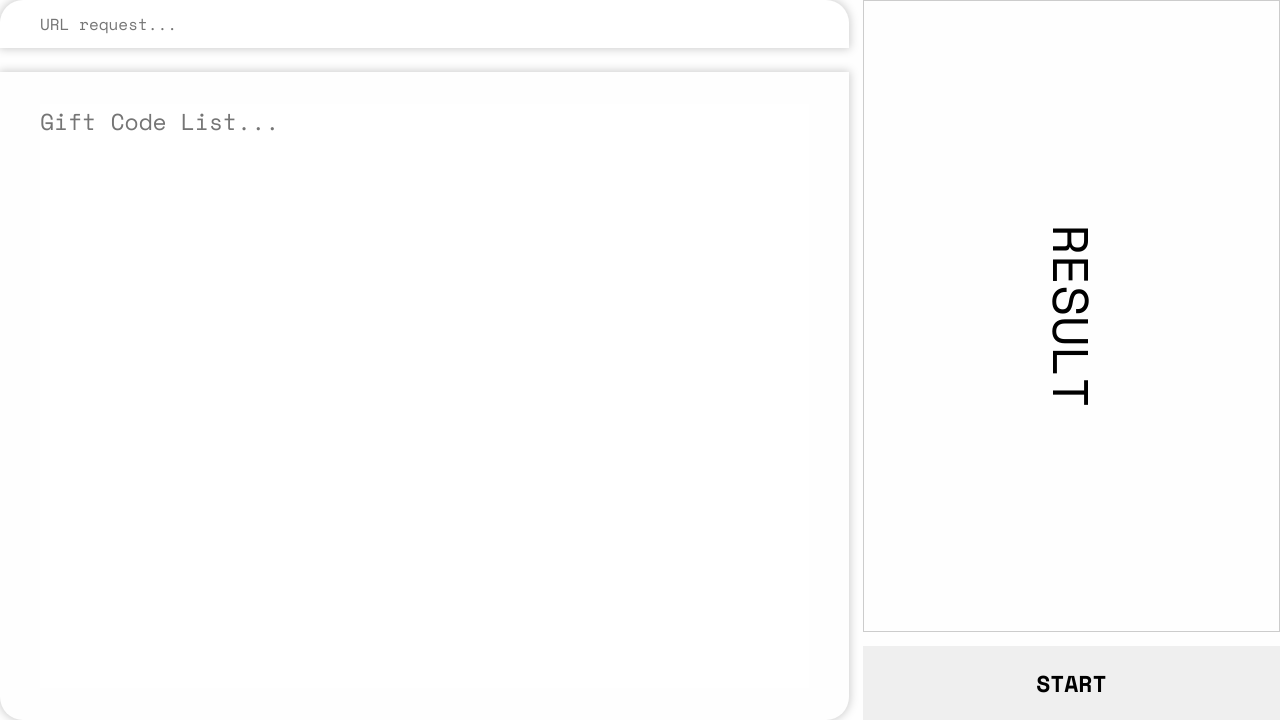
Repository: 777hanh777hanh/test
Page: index.html
An editor plug-in stored every save of this project. The page is shown before and after the next save, followed by the edit.
The browser window is 1280 px wide. The pictures show the whole page.

Above is the page before, as saved 2023-06-30 17:48:52.

### index.html
<!DOCTYPE html>
<html lang="en">
    <head>
        <meta charset="UTF-8" />
        <meta name="viewport" content="width=device-width, initial-scale=1.0" />
        <title>Request API</title>
        <!-- Fonts -->
        <link rel="preconnect" href="https://fonts.googleapis.com" />
        <link rel="preconnect" href="https://fonts.gstatic.com" crossorigin />
        <link
            href="https://fonts.googleapis.com/css2?family=Space+Mono:wght@400;700&display=swap"
            rel="stylesheet"
        />
        <!-- CSS -->
        <link rel="stylesheet" href="./assets/css/reset.css" />
        <link rel="stylesheet" href="./assets/css/style.css" />
    </head>
    <body>
        <div class="inner">
            <!-- Input URL -->
            <div class="url-block">
                <input type="text" name="" id="url" class="url" placeholder="URL request..."></input>
            </div>
            <!-- Text Area -->
            <div class="giftCode-block">
                <textarea name="" id="giftCode" class="giftCode" placeholder="Gift Code List..."></textarea>
            </div>

            <!-- Result Block -->
            <div class="result-block">
                <div class="result"></div>
                <button class="btn">Start</button>
            </div>
        </div>
        <script src="./assets/js/main.js"></script>
    </body>
</html>

### assets/css/reset.css
html,
body,
div,
span,
applet,
object,
iframe,
h1,
h2,
h3,
h4,
h5,
h6,
p,
blockquote,
pre,
a,
abbr,
acronym,
address,
big,
cite,
code,
del,
dfn,
em,
img,
ins,
kbd,
q,
s,
samp,
small,
strike,
strong,
sub,
sup,
tt,
var,
b,
u,
i,
center,
dl,
dt,
dd,
ol,
ul,
li,
fieldset,
form,
label,
legend,
table,
caption,
tbody,
tfoot,
thead,
tr,
th,
td,
article,
aside,
canvas,
details,
embed,
figure,
figcaption,
footer,
header,
hgroup,
menu,
nav,
output,
ruby,
section,
summary,
time,
mark,
audio,
video {
    margin: 0;
    padding: 0;
    border: 0;
    font-size: 100%;
    font: inherit;
    vertical-align: baseline;
}
/* HTML5 display-role reset for older browsers */
article,
aside,
details,
figcaption,
figure,
footer,
header,
hgroup,
menu,
nav,
section {
    display: block;
}
body {
    line-height: 1;
}
ol,
ul {
    list-style: none;
}
blockquote,
q {
    quotes: none;
}
blockquote:before,
blockquote:after,
q:before,
q:after {
    content: '';
    content: none;
}
table {
    border-collapse: collapse;
    border-spacing: 0;
}

button,
input,
textarea,
[tabindex] {
    outline: none;
    border: none;
    font-family: inherit;
}

a {
    text-decoration: none;
}

### assets/css/style.css
:root {
    --text-color: #333;
    --font-family: 'Space Mono', monospace;
}

* {
    padding: 0;
    margin: 0;
    box-sizing: border-box;
}

html {
    font-size: 62.5%;
}

body {
    min-height: 100vh;
    font-family: var(--font-family, 'system-ui');
    -webkit-font-smoothing: antialiased;
    -moz-osx-font-smoothing: grayscale;
    font-size: 1.6rem;
    overflow: overlay;
    background: #fefefe;
}

html *::-webkit-scrollbar {
    border-radius: 0;
    width: 8px;
}
html *::-webkit-scrollbar-thumb {
    border-radius: 4px;
    background-color: rgba(22, 24, 35, 0.06);
}
html *::-webkit-scrollbar-track {
    border-radius: 0;
    background-color: rgba(0, 0, 0, 0);
}

/* CSS */
.inner {
    min-height: 100vh;
    display: grid;
    grid-template-columns: repeat(3, 1fr);
    grid-template-rows: auto 3fr;
    grid-template-areas:
        'url url result'
        'giftCode giftCode result';
    column-gap: 14px;
    row-gap: 24px;
}

/* Input Block */
.url-block {
    grid-area: url;
}

.url {
    display: block;
    padding: 12px 40px;
    width: 100%;
    height: 100%;
    font-size: 1.6rem;
    border-radius: 23px 23px 0 0;
    box-shadow: 0 0 10px 1px #ccc;
}

.giftCode-block {
    grid-area: giftCode;
    padding: 32px 40px;
    border-radius: 0 0 23px 23px;
    box-shadow: 0 0 10px 1px #ccc;
}

.giftCode {
    display: block;
    width: 100%;
    height: 100%;
    font-size: 2.3rem;
    font-family: var(--font-family, 'monospace');
    resize: none;
}

.result-block {
    grid-area: result;
    display: flex;
    flex-direction: column;
    row-gap: 14px;
}

.result {
    position: relative;
    display: flex;
    justify-content: center;
    align-items: center;
    flex-grow: 1;
    border: 1px solid #ccc;
}

.result:empty::before {
    display: inline-block;
}

.result::before {
    display: none;
    position: absolute;
    content: 'Result';
    text-transform: uppercase;
    font-size: 5rem;
    transform: rotate(90deg);
    overflow: visible;
}

.btn {
    padding: 20px;
    font-size: 2.3rem;
    font-weight: 700;
    text-transform: uppercase;
}

.btn:hover {
    cursor: pointer;
}

Loaded but not shown: assets/js/main.js (no stored copy; drawn as an empty file)

After the next save:
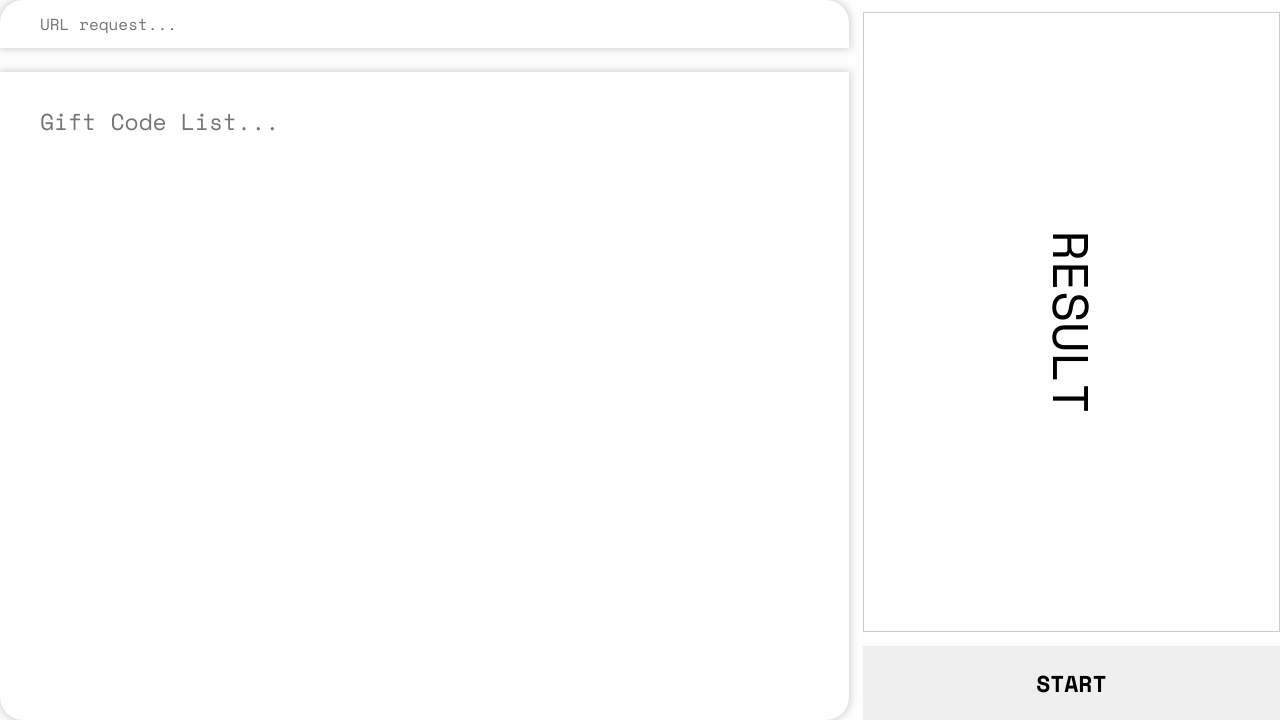
Saved 22 s later.
--- a/assets/css/style.css
+++ b/assets/css/style.css
@@ -88,6 +88,7 @@ html *::-webkit-scrollbar-track {
 }
 
 .result {
+    margin-top: 12px;
     position: relative;
     display: flex;
     justify-content: center;
